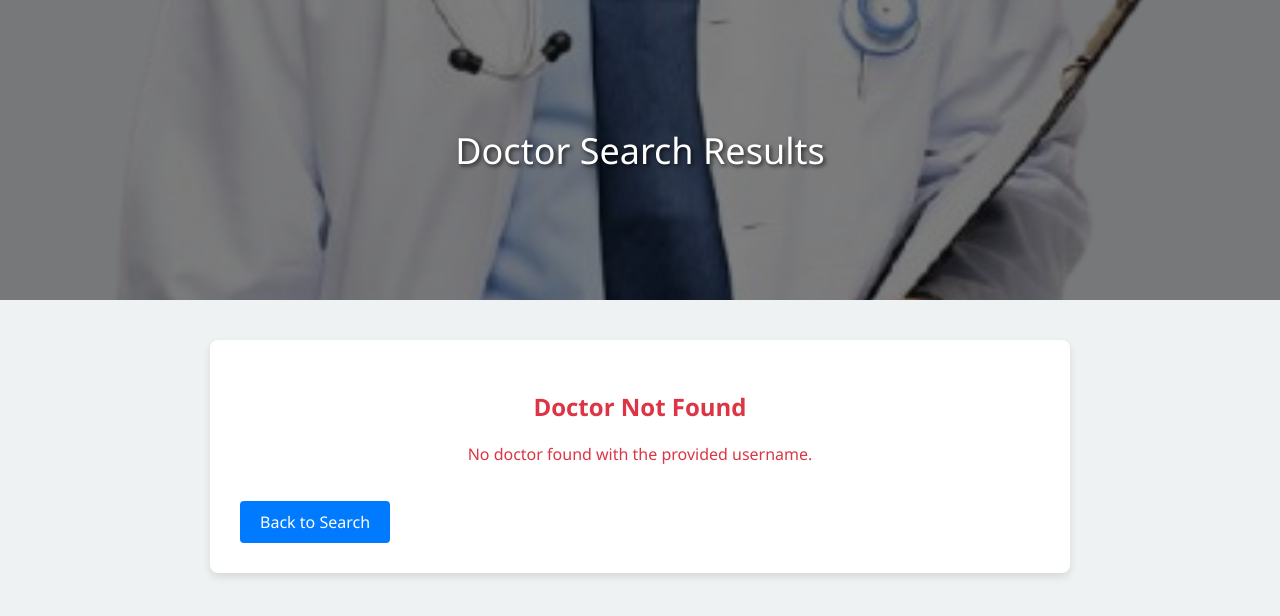
Repository: AriaFantom/Minor-Project
Page: http://localhost/Project/result.jsp
An editor plug-in stored every save of this project. The page is shown before and after the next save, followed by the edit.
The browser window is 1280 px wide. The pictures show the whole page.
The page is served by Tomcat 10. Other server files are loaded and not shown. The template is opened directly, without the code that normally fills it, so the values that code supplies are empty.

Above is the page before, as saved 2025-01-14 18:56:37.

### Project/src/main/webapp/result.jsp
<%@ page language="java" contentType="text/html; charset=UTF-8" pageEncoding="UTF-8"%>
<%@ page import="com.healthify.dao.Doctor" %>
<!DOCTYPE html>
<html>
<head>
    <meta charset="UTF-8">
    <title>Doctor Search Result</title>
    <style>
        body {
            font-family: 'Segoe UI', Tahoma, Geneva, Verdana, sans-serif;
            margin: 0;
            padding: 0;
            background-color: #eef2f3;
        }
        .header {
            position: relative;
            width: 100%;
            height: 300px;
            background-image: url('assets/hero.png');
            background-size: cover;
            background-position: center;
            display: flex;
            align-items: center;
            justify-content: center;
        }
        .header-overlay {
            position: absolute;
            top: 0;
            left: 0;
            width: 100%;
            height: 100%;
            background-color: rgba(0, 0, 0, 0.5);
        }
        .header-title {
            position: relative;
            color: white;
            font-size: 36px;
            z-index: 1;
            text-shadow: 2px 2px 4px rgba(0,0,0,0.7);
        }
        .content {
            padding: 40px 20px;
            display: flex;
            flex-direction: column;
            align-items: center;
        }
        .result-container {
            background-color: #ffffff;
            border-radius: 8px;
            padding: 30px;
            box-shadow: 0 4px 8px rgba(0,0,0,0.1);
            width: 100%;
            max-width: 800px;
        }
        .not-found {
            color: #dc3545;
            text-align: center;
        }
        .doctor-card {
            display: flex;
            align-items: center;
            background-color: #f8f9fa;
            border: 1px solid #dee2e6;
            border-radius: 8px;
            padding: 20px;
            margin: 15px 0;
            transition: box-shadow 0.3s ease;
        }
        .doctor-card:hover {
            box-shadow: 0 8px 16px rgba(0,0,0,0.2);
        }
        .doctor-image {
            width: 100px;
            height: 100px;
            border-radius: 50%;
            background-color: #6c757d;
            background-size: cover;
            background-position: center;
            margin-right: 20px;
        }
        .doctor-info {
            flex: 1;
        }
        .doctor-name {
            font-size: 20px;
            font-weight: bold;
            margin: 0;
            color: #343a40;
        }
        .doctor-specialist {
            font-size: 16px;
            color: #6c757d;
            margin: 5px 0 0 0;
        }
        .back-button {
            display: inline-block;
            margin-top: 20px;
            padding: 10px 20px;
            background-color: #007bff;
            color: white;
            text-decoration: none;
            border-radius: 4px;
            transition: background-color 0.3s ease;
        }
        .back-button:hover {
            background-color: #0056b3;
        }
        @media (max-width: 600px) {
            .doctor-card {
                flex-direction: column;
                align-items: flex-start;
            }
            .doctor-image {
                margin-bottom: 15px;
            }
        }
    </style>
</head>
<body>
    <!-- Header Section with Landscape Image -->
    <div class="header">
        <div class="header-overlay"></div>
        <div class="header-title">Doctor Search Results</div>
    </div>

    <!-- Main Content Section -->
    <div class="content">
        <div class="result-container">
            <%
                Doctor doctor = (Doctor)request.getAttribute("doctor");
                if (doctor != null) {
            %>
                <h2 style="text-align:center; color:#28a745;">Doctor Found</h2>
                <div class="doctor-card">
                    <div class="doctor-image" style="background-image: url('<%=request.getContextPath()%>/images/doctor-placeholder.png');"></div>
                    <div class="doctor-info">
                        <p class="doctor-name"><%= doctor.getUsername() %></p>
                        <p class="doctor-specialist"><strong>Specialization:</strong> <%= doctor.getSpecialist() %></p>
                    </div>
                </div>
                <a href="<%=request.getContextPath()%>/searchDoctor.jsp" class="back-button">Back to Search</a>
            <%
                } else {
            %>
                <h2 class="not-found">Doctor Not Found</h2>
                <p class="not-found">No doctor found with the provided username.</p>
                <a href="<%=request.getContextPath()%>/searchDoctor.jsp" class="back-button">Back to Search</a>
            <%
                }
            %>
        </div>
    </div>
</body>
</html>

After the next save:
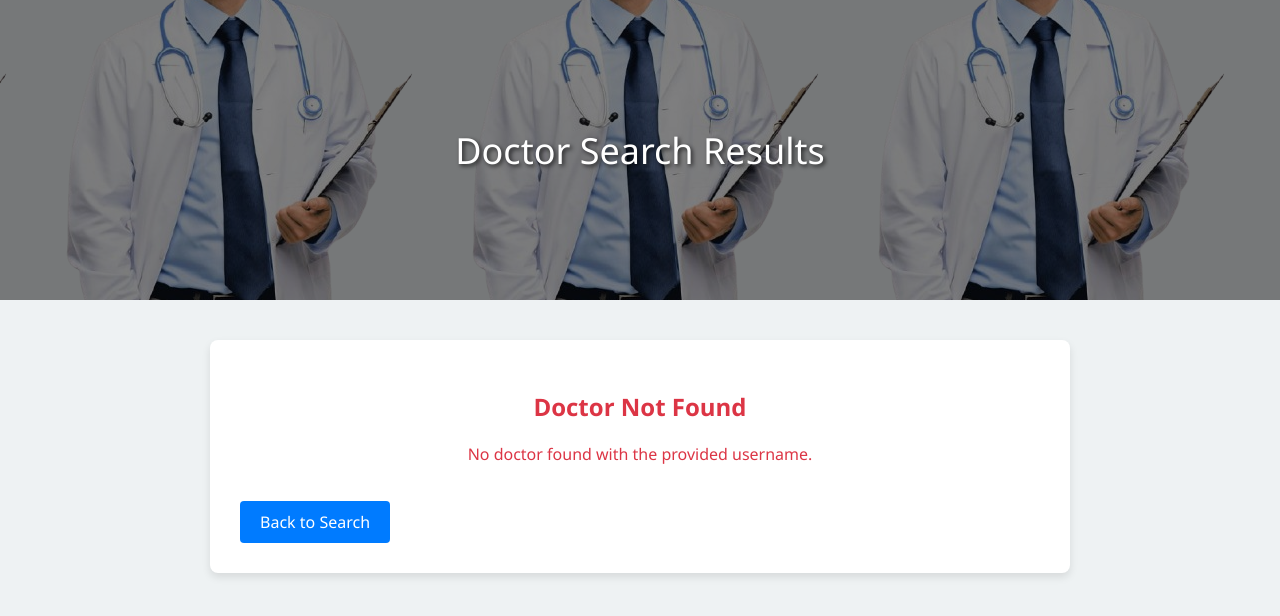
Saved 43 s later.
--- a/Project/src/main/webapp/result.jsp
+++ b/Project/src/main/webapp/result.jsp
@@ -17,7 +17,7 @@
             width: 100%;
             height: 300px;
             background-image: url('assets/hero.png');
-            background-size: cover;
+
             background-position: center;
             display: flex;
             align-items: center;
